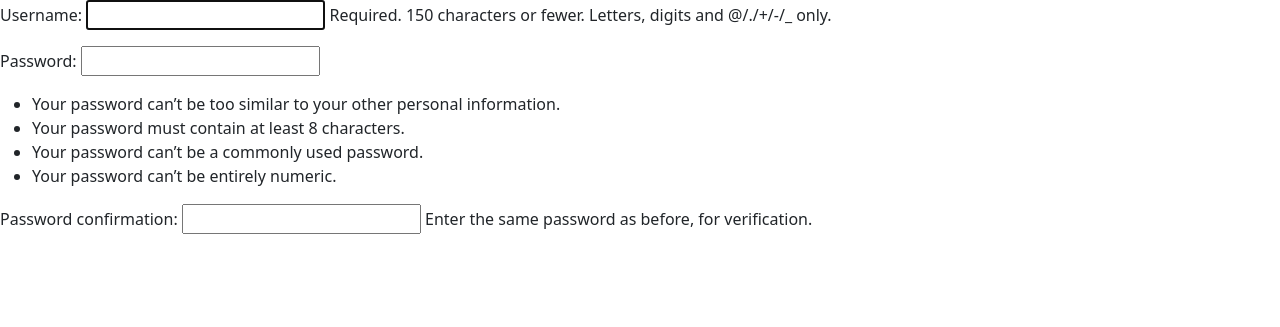
Repository: Ndifoinhilary/django_referrals_system
Page: http://localhost/signup/
The author's editor kept a copy of each file at every save. The page is drawn from the files as they stood at one save, then again after the next save.
The browser window is 1280 px wide. The pictures show the whole page.
The page is served by the project's application, run on Django 3.2 (manage.py).

Above is the page before, as saved 2024-01-09 23:14:09.

After the next save:
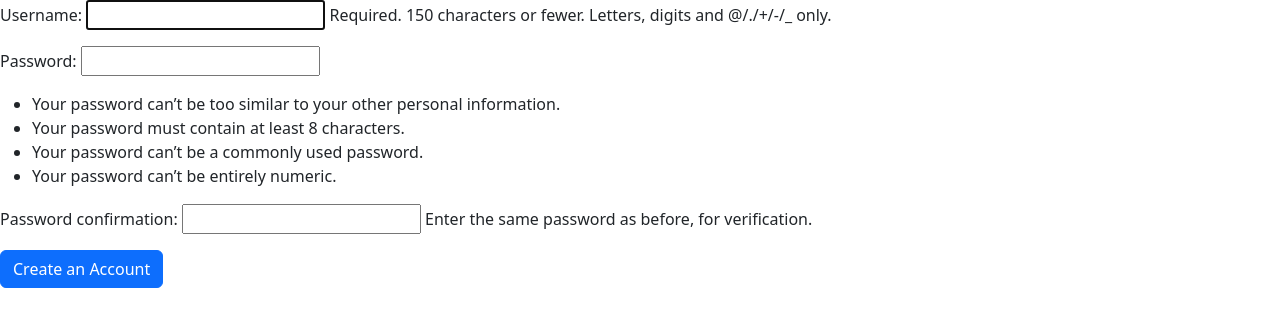
Saved 27 s later.
--- a/referrals/templates/signup.html
+++ b/referrals/templates/signup.html
@@ -6,5 +6,7 @@
   <form action="" method="post">
     {% csrf_token %}
     {{form.as_p}}
+    <button class="btn btn-primary"> Create an Account</button>
+
   </form>
 {% endblock content %}
